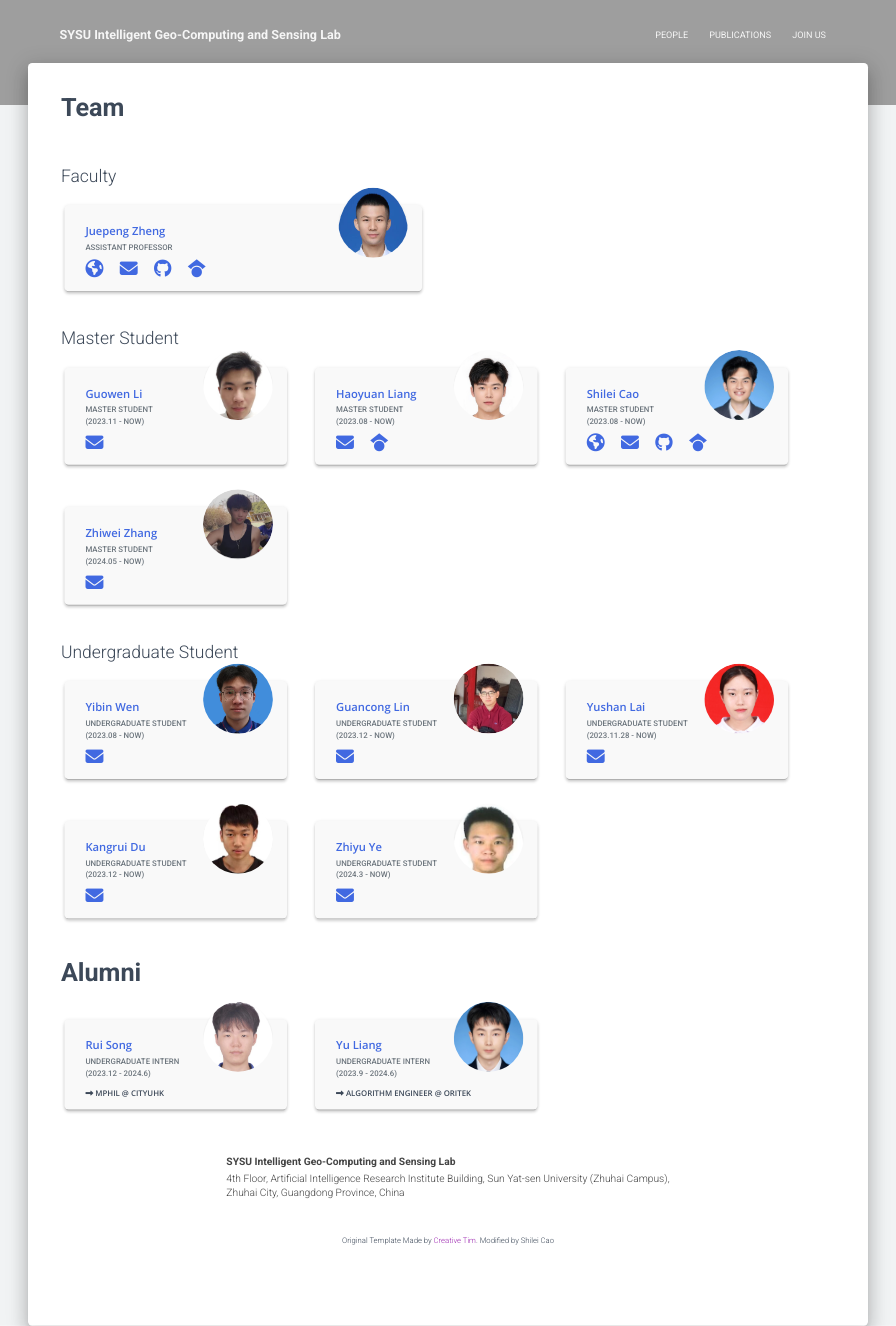
Repository: rssysu/rssysu.github.io
Page: people.html
An editor plug-in stored every save of this project. The page is shown before and after the next save, followed by the edit.
The browser window is 1280 px wide. The pictures show the whole page, at 70% of full size.
Pictures or frames that could not be fetched are drawn as grey boxes. Some web libraries are served in a nearby version.

Above is the page before, as saved 2025-03-23 19:02:27.

After the next save:
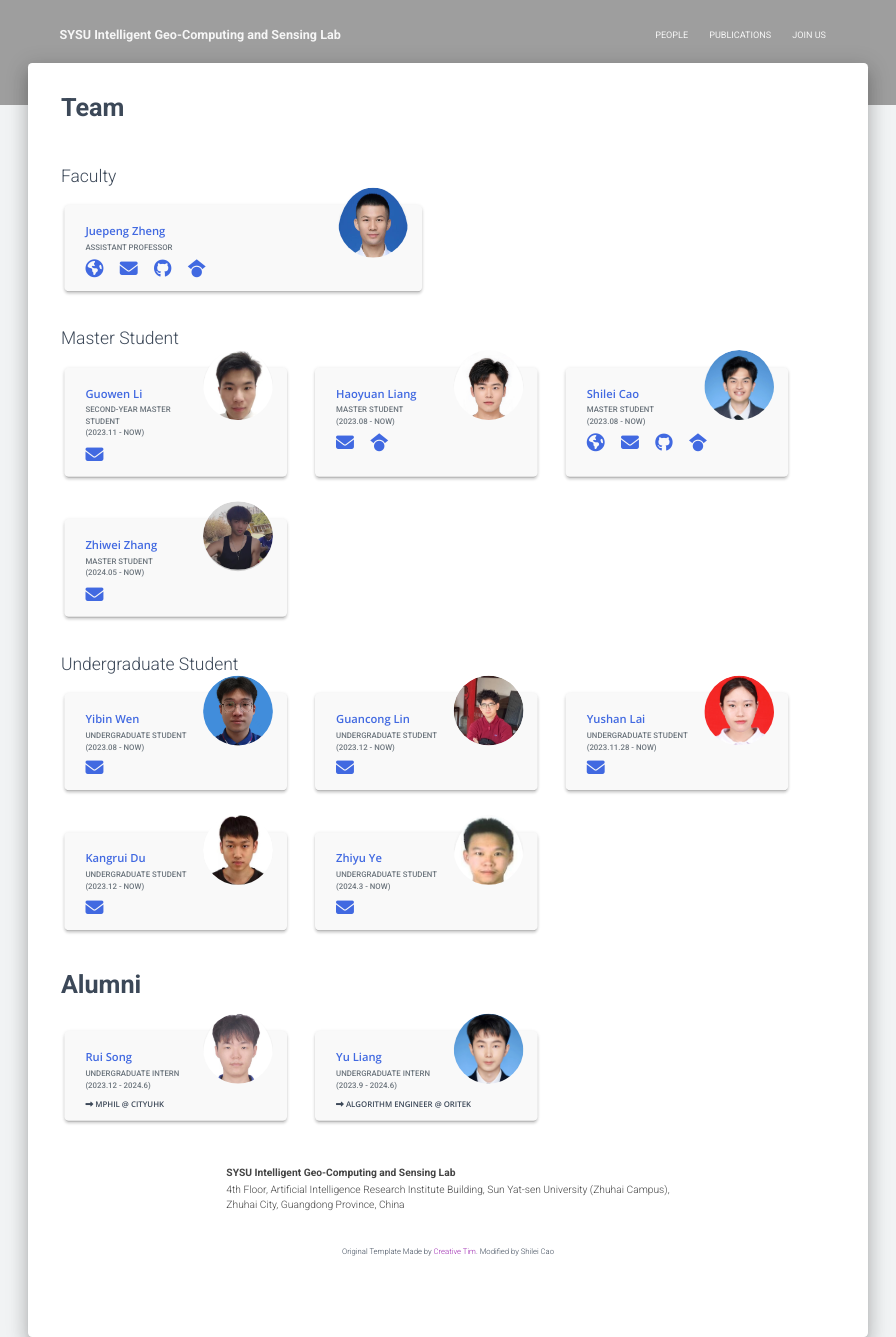
Saved 3 min 46 s later.
--- a/people.html
+++ b/people.html
@@ -83,7 +83,7 @@
                                 </div>
                             </div>
                             <h4 class="card-title"> <a href="./assets/resume/lgw.html" target="_blank"> Guowen Li  </a></h4>
-                            <h6 class="card-subtitle mb-2 text-muted">Master Student <br> (2023.11 - Now)</h6>
+                            <h6 class="card-subtitle mb-2 text-muted">Second-Year Master Student <br> (2023.11 - Now)</h6>
 
                             <a href="mailto:ligw8@mail2sysu.edu.cn" class="card-link"><i class="fa fa-envelope fa-2x" aria-hidden="true"></i></a>
 

After the save that followed:
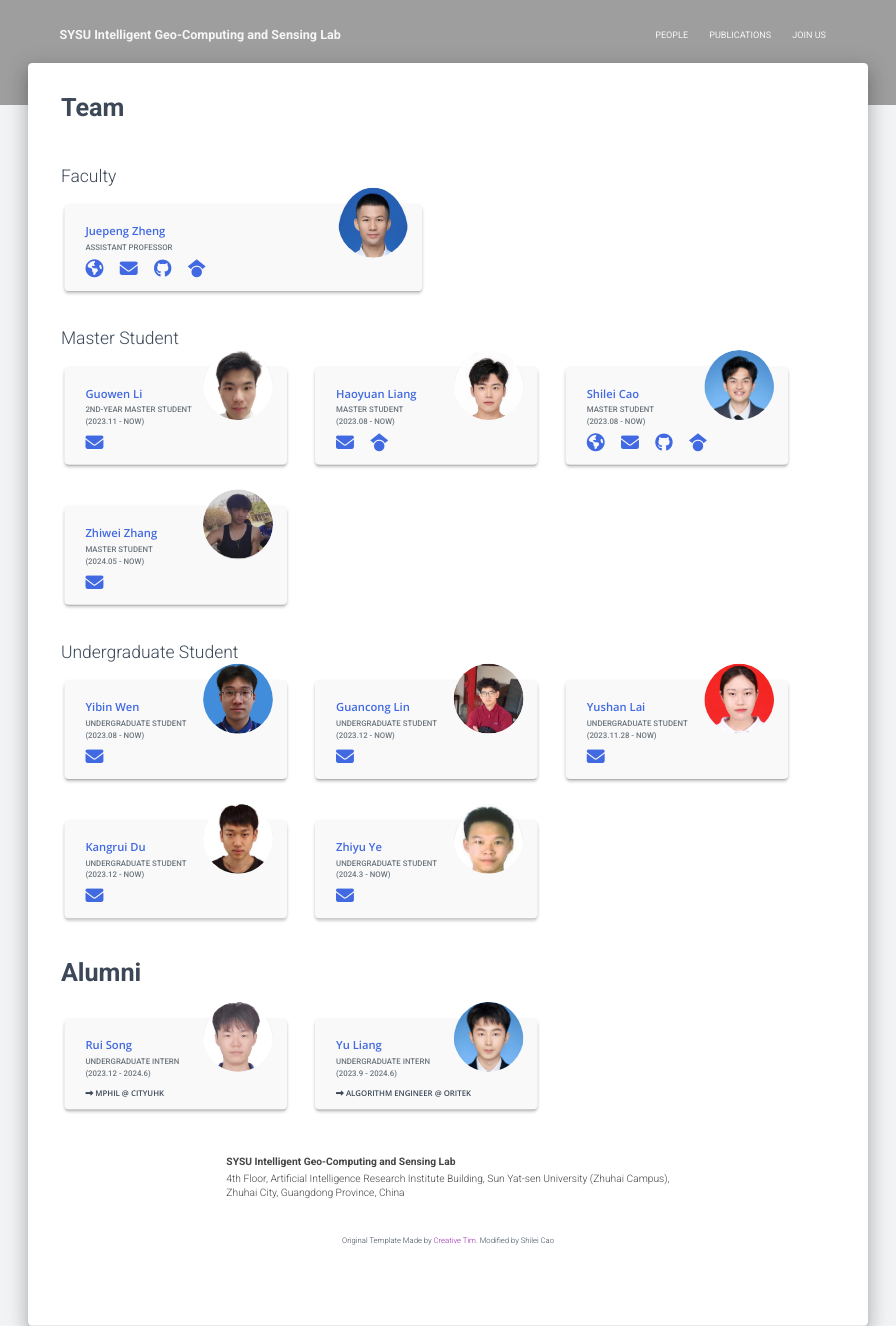
Saved 33 s later.
--- a/people.html
+++ b/people.html
@@ -83,7 +83,7 @@
                                 </div>
                             </div>
                             <h4 class="card-title"> <a href="./assets/resume/lgw.html" target="_blank"> Guowen Li  </a></h4>
-                            <h6 class="card-subtitle mb-2 text-muted">Second-Year Master Student <br> (2023.11 - Now)</h6>
+                            <h6 class="card-subtitle mb-2 text-muted">2nd-Year Master Student <br> (2023.11 - Now)</h6>
 
                             <a href="mailto:ligw8@mail2sysu.edu.cn" class="card-link"><i class="fa fa-envelope fa-2x" aria-hidden="true"></i></a>
 
